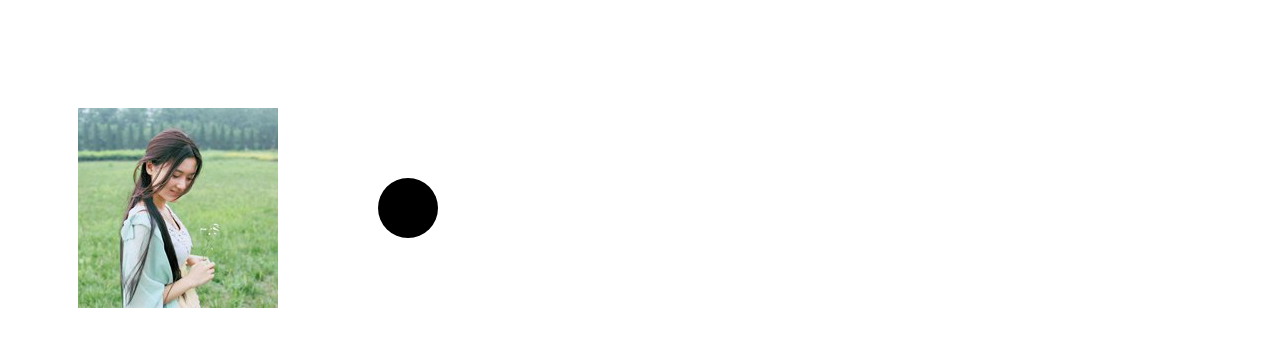
Repository: BlueLionycb/study-demo
Page: canvas-demo/src/index16.html
The author's editor kept a copy of each file at every save. The page is drawn from the files as they stood at one save, then again after a run of saves.
The browser window is 1280 px wide. The pictures show the whole page.

Above is the page before, as saved 2020-01-26 23:27:26.

After the next 2 saves:
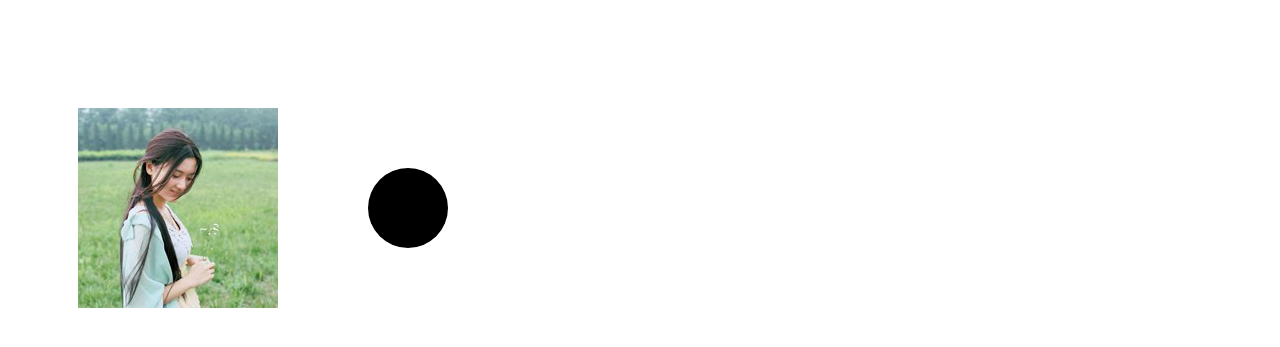
The 2 saves are shown as one change because they came seconds apart.
The last was saved 11 s later.
--- a/canvas-demo/src/index16.html
+++ b/canvas-demo/src/index16.html
@@ -21,7 +21,7 @@
 
             img.onload = function(){
                 ctx.beginPath();
-                ctx.arc(400,200,30,0,Math.PI*2)
+                ctx.arc(400,200,40,0,Math.PI*2)
                 ctx.fill()
                 ctx.drawImage(this,70,100)
             }
